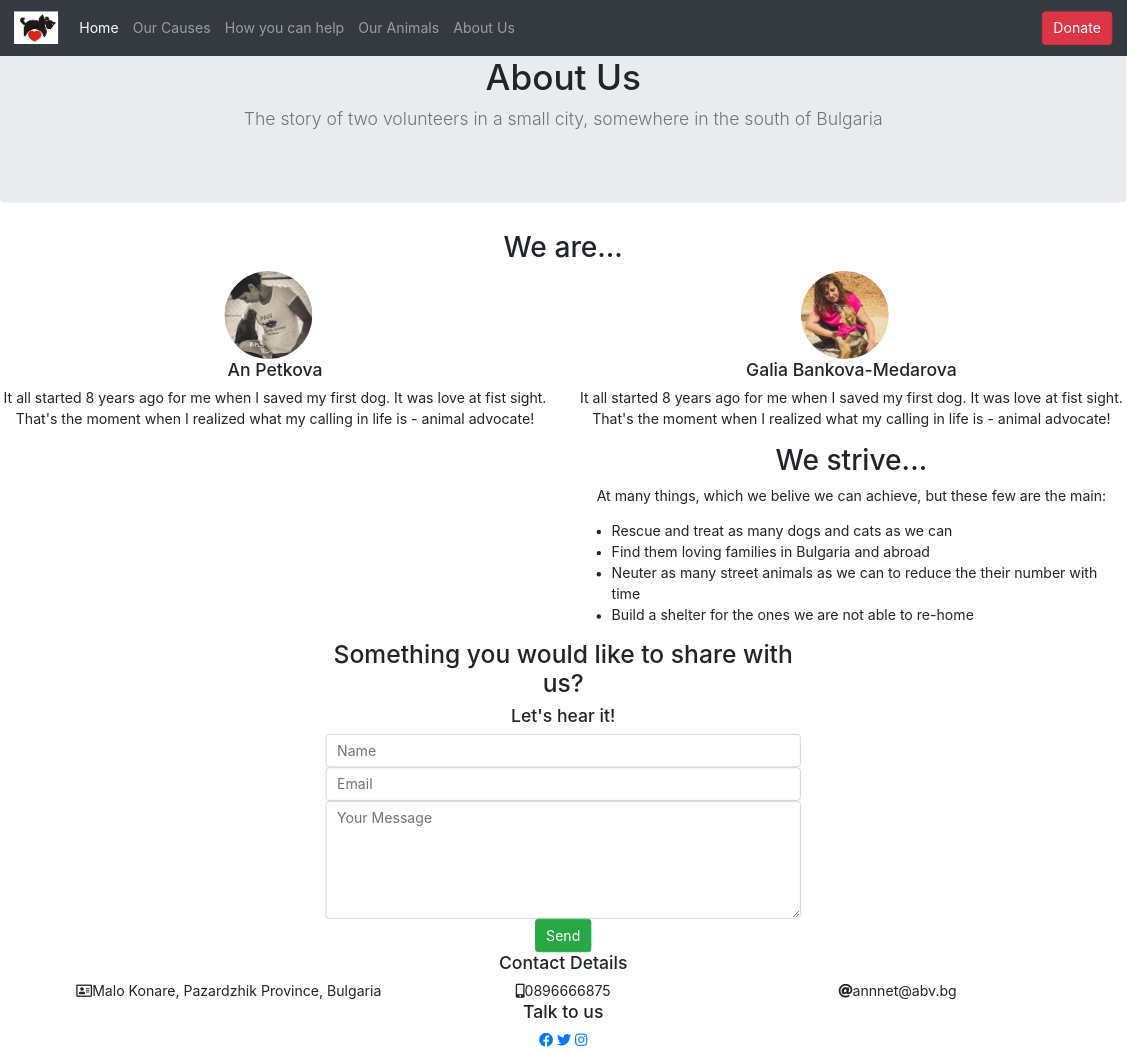
Repository: Naity17/PAW-first-website
Page: About-Us.html
The author's editor kept a record of every edit. The page is drawn from the files as they stood at one moment, then again after the next edit.
The browser window is 1280 px wide. The page is 1295 px wide, so the pictures cover 1295 px, including what lies to the right of the window. The pictures show the whole page, at 88% of full size.
Some web libraries are served in a nearby version.

Above is the page before.
Console error: TypeError: Cannot read properties of undefined (reading 'fn')

### About-Us.html
<!DOCTYPE html>
<html lang="en">

<head>
    <meta charset="UTF-8">
    <meta name="viewport" content="width=device-width, initial-scale=1.0">
    <meta http-equiv="X-UA-Compatible" content="ie=edge">
    <link rel="stylesheet" href="https://stackpath.bootstrapcdn.com/bootstrap/4.3.1/css/bootstrap.min.css" integrity="sha384-ggOyR0iXCbMQv3Xipma34MD+dH/1fQ784/j6cY/iJTQUOhcWr7x9JvoRxT2MZw1T" crossorigin="anonymous">
    <link rel="stylesheet" href="https://use.fontawesome.com/releases/v5.9.0/css/all.css" integrity="sha384-i1LQnF23gykqWXg6jxC2ZbCbUMxyw5gLZY6UiUS98LYV5unm8GWmfkIS6jqJfb4E" crossorigin="anonymous">
    <script src="https://stackpath.bootstrapcdn.com/bootstrap/4.3.1/js/bootstrap.min.js" integrity="sha384-JjSmVgyd0p3pXB1rRibZUAYoIIy6OrQ6VrjIEaFf/nJGzIxFDsf4x0xIM+B07jRM" crossorigin="anonymous"></script>
    <link rel="stylesheet" href="assets/css/style.css" type="text/css" />
    <title>PAW - Pazardjik Animal Welfare</title>
</head>

<body>
    <header>
        <!-- ---------------NavBar-------------- -->
        <nav class="navbar navbar-expand-md navbar-dark fixed-top bg-dark">
            <a class="navbar-brand" href="index.html">
                <img src="assets/images/general/logo.jpg">
            </a>
            <button class="navbar-toggler collapsed" type="button" data-toggle="collapse" data-target="#navbarCollapse" aria-controls="navbarCollapse" aria-expanded="false" aria-label="Toggle navigation">
              <span class="navbar-toggler-icon"></span>
            </button>
            <div class="navbar-collapse collapse" id="navbarCollapse" style="">
                <ul class="navbar-nav mr-auto">
                    <li class="nav-item active">
                        <a class="nav-link" href="#">Home</a>
                    </li>
                    <li class="nav-item">
                        <a class="nav-link" href="#">Our Causes</a>
                    </li>
                    <li class="nav-item">
                        <a class="nav-link" href="#">How you can help</a>
                    </li>
                    <li class="nav-item">
                        <a class="nav-link" href="#">Our Animals</a>
                    </li>
                    <li class="nav-item">
                        <a class="nav-link" href="#">About Us<span class="sr-only">(current)</span></a>
                    </li>
                </ul>
                <button class="btn btn-danger navbar-btn">Donate</button>
            </div>
        </nav>
        <!-- ---------------End of NavBar-------------- -->
    </header>
    <section id="about-us">
        <main role="main">
            <section class="jumbotron text-center">
                <div class="container">
                    <h1 class="jumbotron-heading">About Us</h1>
                    <p class="lead text-muted">The story of two volunteers in a small city, somewhere in the south of Bulgaria</p>
                </div>
            </section>
            <section class="text-center" id="about-us-details">
                <div class="row">
                    <div class="col-12">
                        <h2>We are...</h2>
                    </div>
                </div>
                <div class="row">
                    <div class="col-12 col-md-6">
                        <div class="media">
                            <div class="d-sm-block">
                                <img src="assets/images/general/an-petkova.jpg" class="rounded-circle mr-3" height=100 width=100>
                                <h5>An Petkova</h5>
                                <p>It all started 8 years ago for me when I saved my first dog. It was love at fist sight. That's the moment when I realized what my calling in life is - animal advocate!</p>
                            </div>
                        </div>
                    </div>
                    <div class="col-12 col-md-6">
                        <div class="media">
                            <div class="d-sm-block">
                                <img src="assets/images/general/galia-profile.jpg" class="rounded-circle mr-3" height=100 width=100>
                                <h5>Galia Bankova-Medarova</h5>
                                <p>It all started 8 years ago for me when I saved my first dog. It was love at fist sight. That's the moment when I realized what my calling in life is - animal advocate!</p>
                            </div>
                        </div>
                    </div>
                </div>
            </section>
            <section class="text-center" id="our-aims-details">
                <div class="row">
                    <div class="col"></div>
                    <div class="col-6">
                        <h2>We strive...</h2>
                        <p>At many things, which we belive we can achieve, but these few are the main:</p>
                        <ul class="text-left">
                            <li>Rescue and treat as many dogs and cats as we can</li>
                            <li>Find them loving families in Bulgaria and abroad</li>
                            <li>Neuter as many street animals as we can to reduce the their number with time</li>
                            <li>Build a shelter for the ones we are not able to re-home</li>
                        </ul>
                    </div>
                </div>
            </section>
            <section id="contact-form">
                <div class="container">
                    <div class="row bg-color-contact">
                        <div class="col-12 col-md-6" style="width:800px; margin:0 auto;">
                            <h3 class="contact-heading uppercase text-center">Something you would like to share with us?</h3>
                            <h5 class="uppercase text-center">Let's hear it!</h5>
                            <div class="center-form">
                                <form>
                                    <input type="text" name="name" id="fullname" class="form-control" placeholder="Name" required />
                                    <input type="text" name="email" id="emailaddress" class="form-control" placeholder="Email" required />
                                    <textarea rows="5" name="yourmessage" id="yourmessage" class="form-control" placeholder="Your Message" required></textarea>
                                    <div class="form-row text-center">
                                        <div class="col">
                                            <button type="submit" class="btn btn-success">Send</button>
                                        </div>
                                    </div>
                                </form>
                            </div>
                        </div>
                    </div>
            </section>
        </main>
    </section>

    <footer class="container text-center footer-details">
        <div class="row">
            <div class="col-12">
                <h5>Contact Details</h5>
            </div>
        </div>
        <div id="contact-details-items" class="row ">
            <div class="col-xs-12 col-4 address-item">
                <i class="far fa-address-card"></i>Malo Konare, Pazardzhik Province, Bulgaria
            </div>
            <div class="col-xs-12 col-4 phone-number-item">
                <i class="fas fa-mobile-alt"></i>0896666875
            </div>
            <div class="col-xs-12 col-4 email-item">
                <i class="fas fa-at"></i>annnet@abv.bg
            </div>
        </div>
        <div class="row" id="social-details">
            <div class="col-xs-12 col-sm-12 icons">
                <h5 class="uppercase general-sub">Talk to us</h5>
                <a href="https://www.facebook.com/PAW-Pazardjik-Animal-Welfare-134643483313391/" target="_blank"><i class="fab fa-facebook alignment"></i></a>
                <a href="https://twitter.com/ralito17?lang=en" target="_blank"><i class="fab fa-twitter alignment"></i></a>
                <a href="https://www.instagram.com/?hl=en" target="_blank"><i class="fab fa-instagram alignment"></i></a>
            </div>
        </div>
    </footer>
    <script src="https://code.jquery.com/jquery-3.3.1.slim.min.js" integrity="sha384-q8i/X+965DzO0rT7abK41JStQIAqVgRVzpbzo5smXKp4YfRvH+8abtTE1Pi6jizo" crossorigin="anonymous"></script>
    <script src="https://cdnjs.cloudflare.com/ajax/libs/popper.js/1.14.7/umd/popper.min.js" integrity="sha384-UO2eT0CpHqdSJQ6hJty5KVphtPhzWj9WO1clHTMGa3JDZwrnQq4sF86dIHNDz0W1" crossorigin="anonymous"></script>
    <script src="https://stackpath.bootstrapcdn.com/bootstrap/4.3.1/js/bootstrap.min.js" integrity="sha384-JjSmVgyd0p3pXB1rRibZUAYoIIy6OrQ6VrjIEaFf/nJGzIxFDsf4x0xIM+B07jRM" crossorigin="anonymous"></script>
</body>

</html>

Loaded but not shown: assets/css/style.css (no copy from this time; the picture is the same without it)

After the next edit:
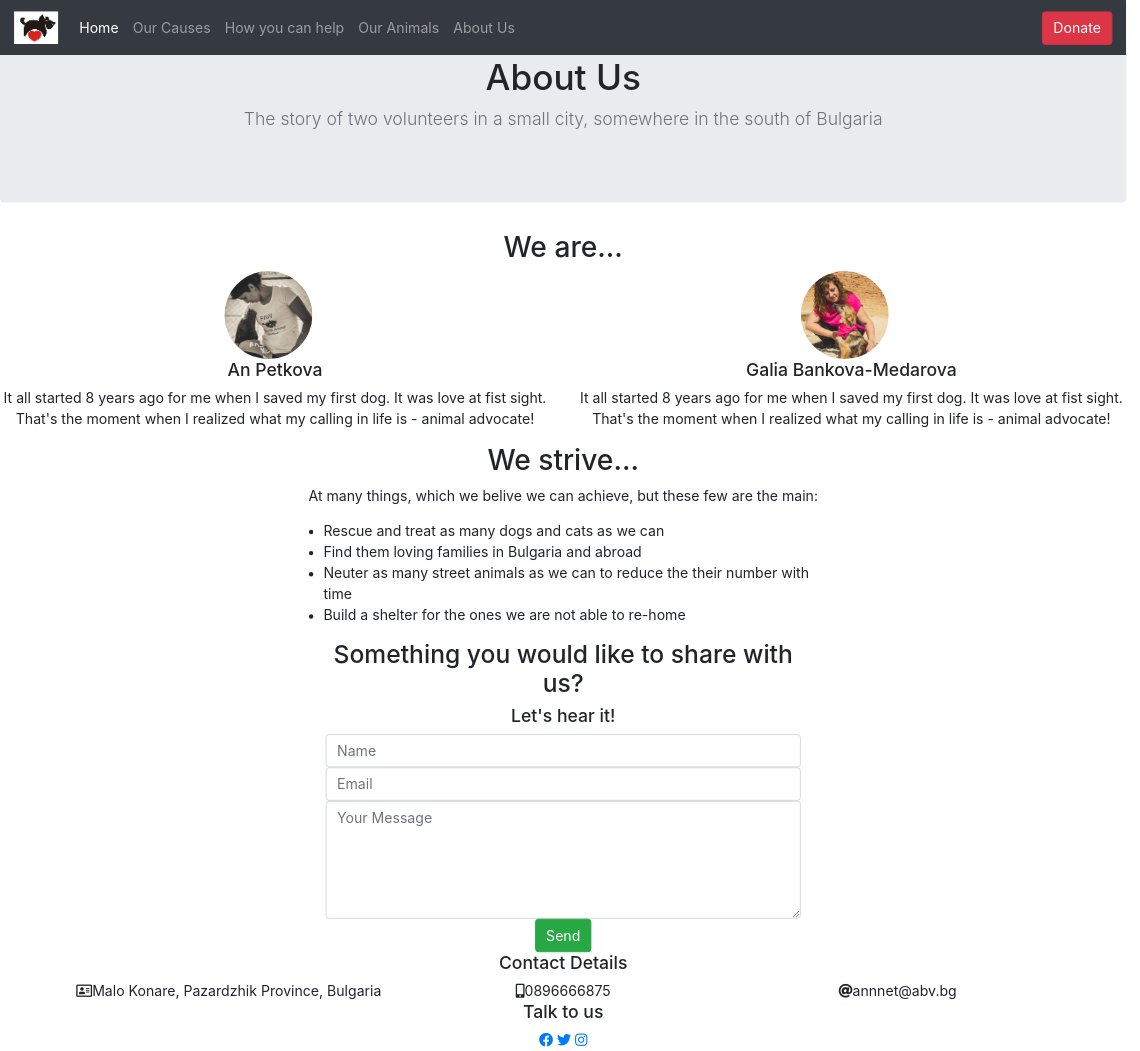
The edit:
--- a/About-Us.html
+++ b/About-Us.html
@@ -93,6 +93,7 @@
                             <li>Build a shelter for the ones we are not able to re-home</li>
                         </ul>
                     </div>
+                    <div class="col"></div>
                 </div>
             </section>
             <section id="contact-form">
